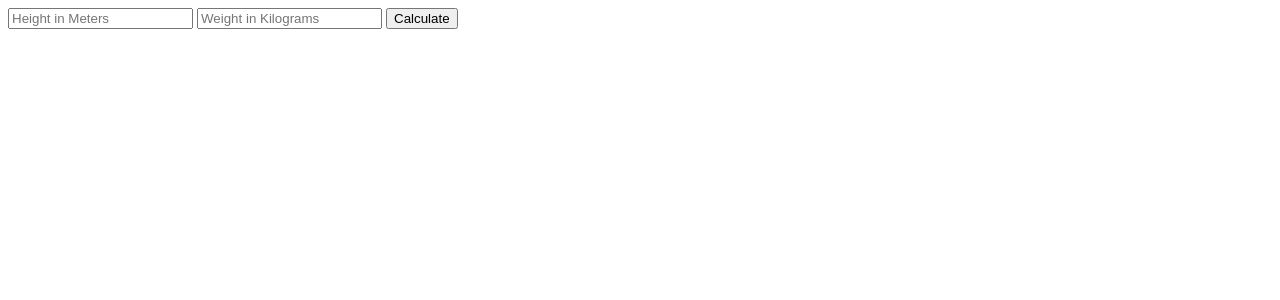
Repository: mjcanon4/express-add
Page: bmiCalc.html
An editor plug-in stored every save of this project. The page is shown before and after the next save, followed by the edit.
The browser window is 1280 px wide. The pictures show the whole page.

Above is the page before, as saved 2021-02-15 13:47:14.

### bmiCalc.html
<!DOCTYPE html>
<html lang="en">
  <head>
    <meta charset="UTF-8" />
    <meta name="viewport" content="width=device-width, initial-scale=1.0" />
    <title>BMI Calculator</title>
  </head>
  <body>
    <form action="/" method="post">
      <input type="text" name="height" placeholder="Height in Meters" />
      <input type="text" name="weight" placeholder="Weight in Kilograms" />
      <button type="submit">Calculate</button>
    </form>
  </body>
</html>

After the next save:
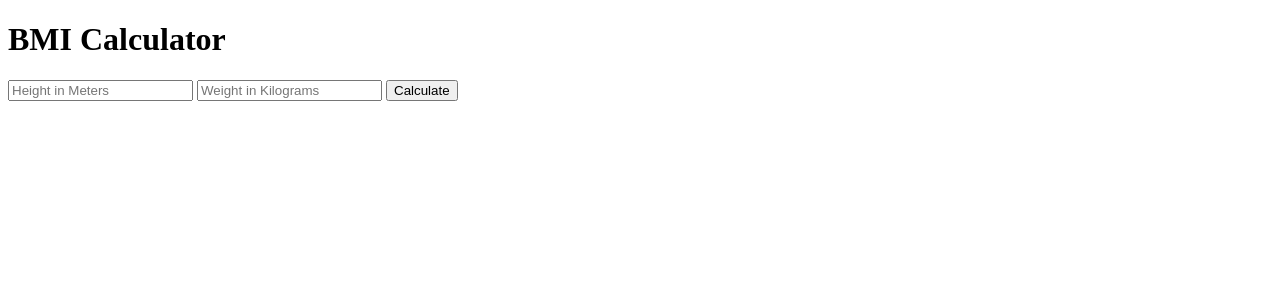
Saved 14 s later.
--- a/bmiCalc.html
+++ b/bmiCalc.html
@@ -7,6 +7,7 @@
   </head>
   <body>
     <form action="/" method="post">
+      <h1>BMI Calculator</h1>
       <input type="text" name="height" placeholder="Height in Meters" />
       <input type="text" name="weight" placeholder="Weight in Kilograms" />
       <button type="submit">Calculate</button>
